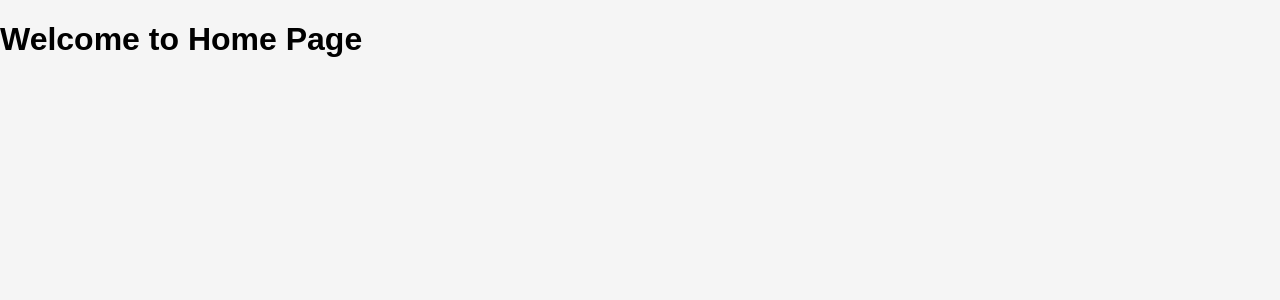
Repository: KwaunchaiJankaikot/mootod
Page: / (app in frontend/)
The author's editor kept a copy of each file at every save. The page is drawn from the files as they stood at one save, then again after the next save.
The browser window is 1280 px wide. The pictures show the whole page.
The project was rebuilt for these pictures with package versions that can differ from the ones it lists, and the page was loaded fresh each time. Also part of the build but not shown: frontend/vue.config.js, frontend/src/views/About.vue.

Above is the page before, as saved 2025-04-13 04:00:13.

### frontend/src/main.js
import { createApp } from 'vue';  // ใช้ createApp สำหรับ Vue 3
import App from './App.vue';
import router from './router';

const app = createApp(App);  // สร้างแอป Vue 3
app.use(router);  // ติดตั้ง router
app.config.productionTip = false;  // ปิด production tip (เหมือนใน Vue 2)

app.mount('#app');  // ติดตั้งแอปลงใน #app

### frontend/src/App.vue
<template>
  <div id="app">
    <router-view></router-view>
  </div>
</template>

<script>
export default {
  name: 'App',
};
</script>

<style>
body {
  margin: 0;
  padding: 0;
  background-color: #f5f5f5;
}

#app {
  font-family: 'Prompt', 'Kanit', Arial, sans-serif;
  -webkit-font-smoothing: antialiased;
  -moz-osx-font-smoothing: grayscale;
}
</style>

### frontend/src/router/index.js
import { createRouter, createWebHistory } from 'vue-router';
import HomePage from '../views/Home.vue';  // ใช้ชื่อใหม่
import AboutPage from '../views/About.vue';  // ใช้ชื่อใหม่

const routes = [
  {
    path: '/',
    name: 'Home',
    component: HomePage
  },
  {
    path: '/about',
    name: 'About',
    component: AboutPage
  }
];

const router = createRouter({
  history: createWebHistory(process.env.BASE_URL),
  routes
});

export default router;

### frontend/src/views/Home.vue
<template>
  <div>
    <h1>Welcome to Home Page</h1>
  </div>
</template>

<script>
export default {
  name: 'HomePage'  // เปลี่ยนชื่อจาก 'Home' เป็น 'HomePage'
};
</script>

<style scoped>
/* สไตล์ของหน้า Home */
</style>

Loaded but not shown: frontend/public/index.html (common file)

After the next save:
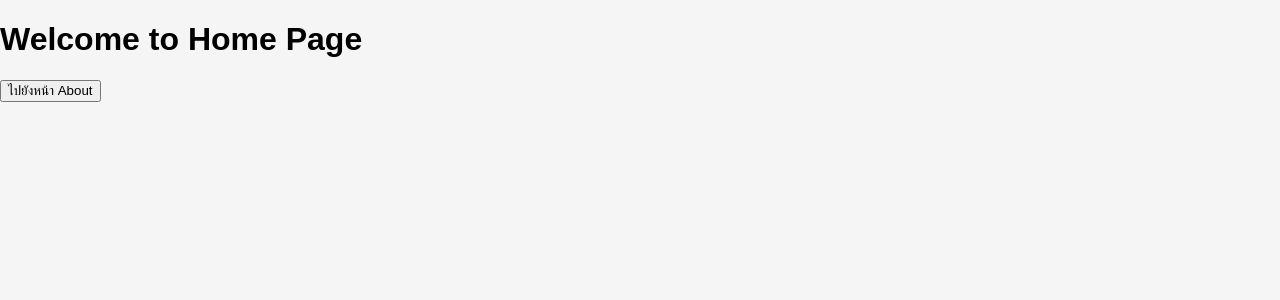
Saved 8 s later.
--- a/frontend/src/views/Home.vue
+++ b/frontend/src/views/Home.vue
@@ -1,12 +1,20 @@
 <template>
   <div>
     <h1>Welcome to Home Page</h1>
+    <!-- ปุ่มเพื่อไปยังหน้า About -->
+    <button @click="goToAbout">ไปยังหน้า About</button>
   </div>
 </template>
 
 <script>
 export default {
-  name: 'HomePage'  // เปลี่ยนชื่อจาก 'Home' เป็น 'HomePage'
+  name: 'HomePage',
+  methods: {
+    goToAbout() {
+      // การนำทางไปยังหน้า /about
+      this.$router.push('/about');
+    }
+  }
 };
 </script>
 
